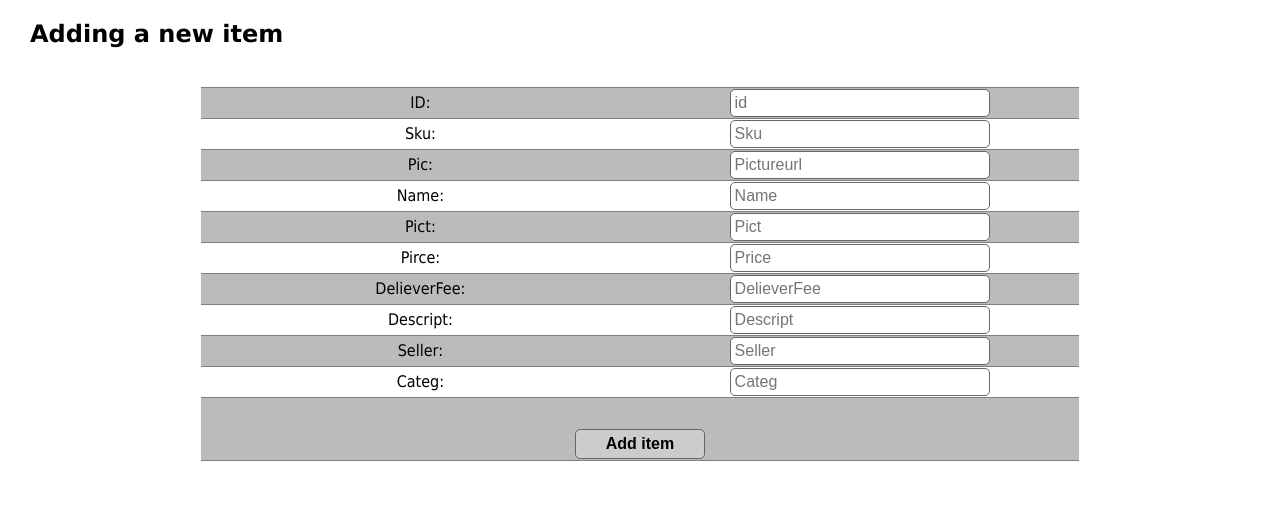
Repository: UnforgivenZZZ/bulldog
Page: bulldog/WebContent/WEB-INF/addingitem.html
An editor plug-in stored every save of this project. The page is shown before and after the next save, followed by the edit.
The browser window is 1280 px wide. The pictures show the whole page.

Above is the page before, as saved 2017-07-13 01:54:10.

After the next save:
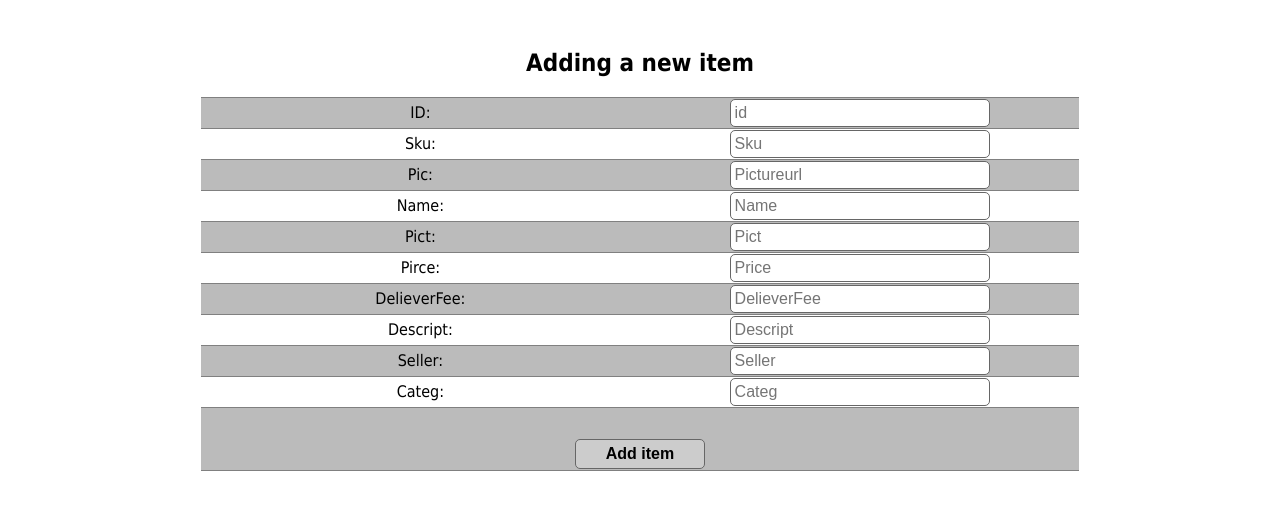
Saved 22 s later.
--- a/bulldog/WebContent/WEB-INF/addingitem.html
+++ b/bulldog/WebContent/WEB-INF/addingitem.html
@@ -13,7 +13,7 @@
         <table border="0" width="45%" align="center">
 
 
-			<capiton><h2>Adding a new item</h2></capiton>
+			<caption><h2>Adding a new item</h2></caption>
 
 
              <tr>
